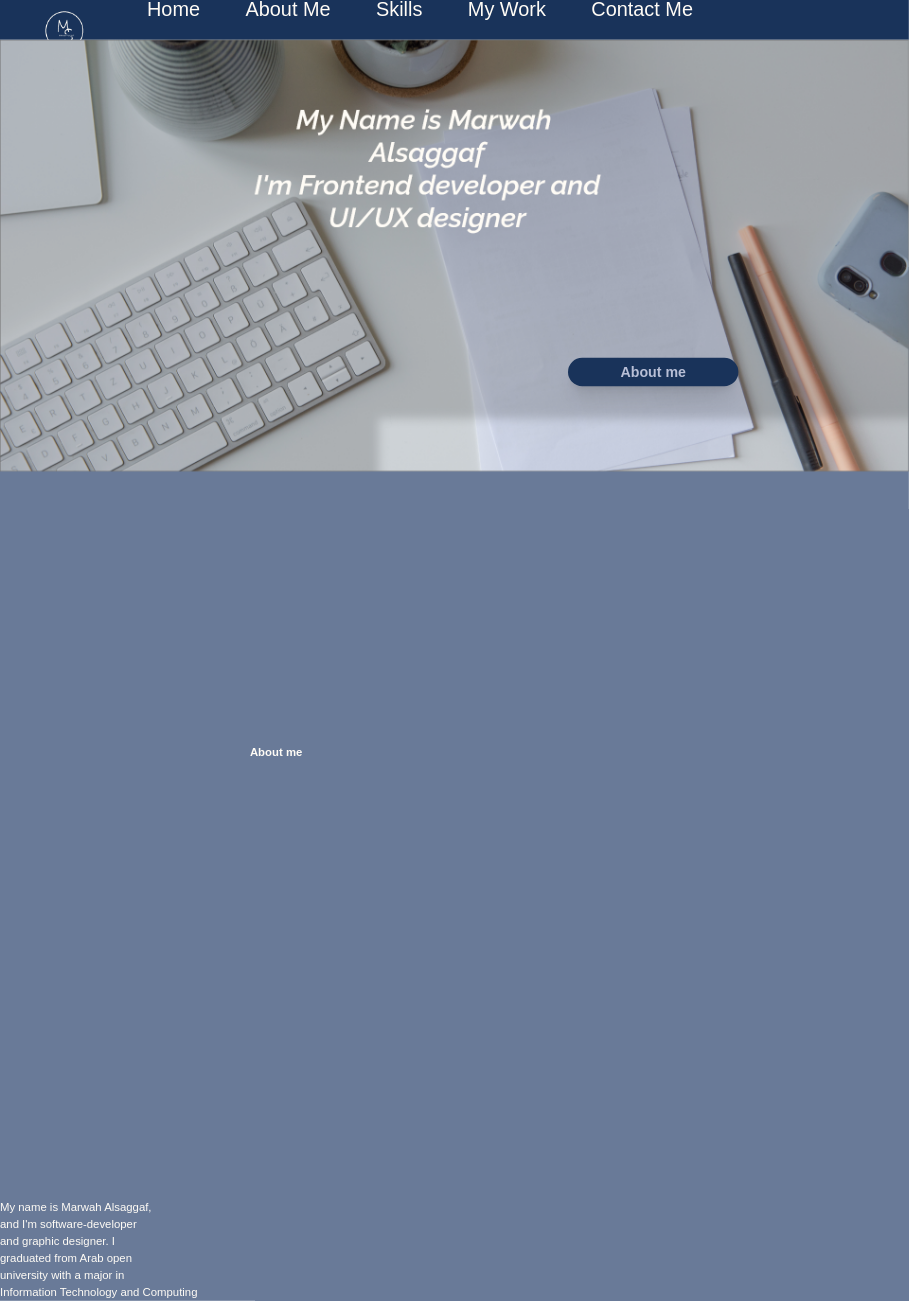
Repository: MEROO1010/my_portfolio
Page: /
An editor plug-in stored every save of this project. The page is shown before and after the next save, followed by the edit.
The browser window is 1280 px wide. The pictures show the whole page, at 71% of full size.
The project was rebuilt for these pictures with package versions that can differ from the ones it lists, and the page was loaded fresh each time. The framework's server and built-in components were replaced by stand-ins that run in the browser. Also part of the build but not shown: next.config.js.

Above is the page before, as saved 2023-03-10 02:25:59.

### pages/_app.tsx
import '../styles/globals.css'
import type { AppProps } from 'next/app'
import 'tailwindcss/tailwind.css'


function MyApp({ Component, pageProps }: AppProps) {
  return <Component {...pageProps} />
}

export default MyApp

### pages/index.tsx
import type { NextPage } from 'next'
import AboutMe from './components/AboutMe'
import HomePage from './components/HomePage'

const Home: NextPage = () => {
  return (
    <div>
      <HomePage/>
      <AboutMe/>
    </div>
  )
}

export default Home

### styles/globals.css
@tailwind base;
@tailwind components;
@tailwind utilities;
@import url('https://fonts.googleapis.com/css2?family=Raleway:ital,wght@0,400;0,500;0,600;0,700;1,500;1,600&display=swap')

### pages/components/AboutMe.tsx
import React from 'react'
import Image from 'next/image'


const AboutMe = () => {
  return (
    <div className="bg-[#697A98]  ">

        <div className=" relative px-80 py-80 my-80 mx-80 left-80 top-80">
        <Image src="/assets/images/laptop-screen.png" alt="laptop" width={542} height={542}/>
        </div>


        <div className="text-[#FFFCF6] ">
            <h1 className=" relative py-8 my-60  px-40 mx-60 bottom-80 right-12 font-raleway font-bold ">About me</h1>
            <br/>
            <p className='font-raleway font-italic'>
            My name is Marwah Alsaggaf,<br/> and I'm software-developer <br/>
            and graphic designer. I <br/>
            graduated from Arab open <br/> university with a major in
             <br/> Information Technology and Computing
            </p>
        </div>

    </div>
  )
}

export default AboutMe

### pages/components/HomePage.tsx
import React from 'react'
import Image from 'next/image'


const HomePage = () => {
  return (
    <div className='bg-slate-700'>
        <Image src="/header.png" alt="Header" width={2000} height={0}/>

        <div className='mx-16 my-0 top-4  absolute	  '>
        <Image src="/my_logo_white.png" alt="My Logo" width={54} height={0}/>
        </div>

        <div>
          <ul className=' relative   float-right flex flex-col  px-8 mx-40 right-28   bottom-16   space-x-16 md:flex-row text-[#FFFCF6] text-[28px] font-raleway'>
            <li>Home</li>
            <li>About Me</li>
            <li>Skills</li>
            <li>My Work</li>
            <li>Contact Me</li>
          </ul>
        </div>


       <div className=' absolute   py-0'>
       <Image src="/assets/images/MainPage.png" alt="main image" width={1920} height={912}/>
        {/*add About Me button*/}
       <div className='absolute px-60 my-80 mx-60 left-80 top-32 '>
       <button className='bg-[#19335A] rounded-3xl w-60 h-10  text-[20px] text-[#B8BFD6] font-raleway font-semibold shadow-xl' >About me</button>
       </div>

        {/*add my others accounts list*/}

        <div>
          <ul className=' absolute   float-right flex flex-col top-80 py-60 px-80 mx-80 left-32   space-x-8 md:flex-row '>
            <li><a href='https://github.com/MEROO1010'><Image src="/assets/images/github.png" alt="main image" width={54} height={54}/></a></li>
            <li><a href='https://www.instagram.com/meroo_alsaggaf/'><Image src="/assets/images/instagram.png" alt="main image" width={64} height={53}/></a></li>
            <li><a href='https://www.behance.net/merooalsaggaf'><Image src="/assets/images/behance.png" alt="main image" width={54} height={54}/></a></li>
            <li><a href='https://www.linkedin.com/in/marwah-alsaggaf-ba44011b2/'><Image src="/assets/images/linkedIn.png" alt="main image" width={54} height={54}/></a></li>
          </ul>
        </div>
       </div>






    </div>
  )
}

export default HomePage

### tailwind.config.js
/** @type {import('tailwindcss').Config} */
module.exports = {
   purge: ['./pages/**/*.{js,ts,jsx,tsx}', './components/**/*.{js,ts,jsx,tsx}'],
  content: [
    './pages/**/*.{js,ts,jsx,tsx}',
    './components/**/*.{js,ts,jsx,tsx}',
    './app/**/*.{js,ts,jsx,tsx}',
  ],
  theme: {
    extend:
    {
      fontFamily: {
        'raleway': ['Raleway', 'sans-serif']
      },
    },
  },
  plugins: [],
}

After the next save:
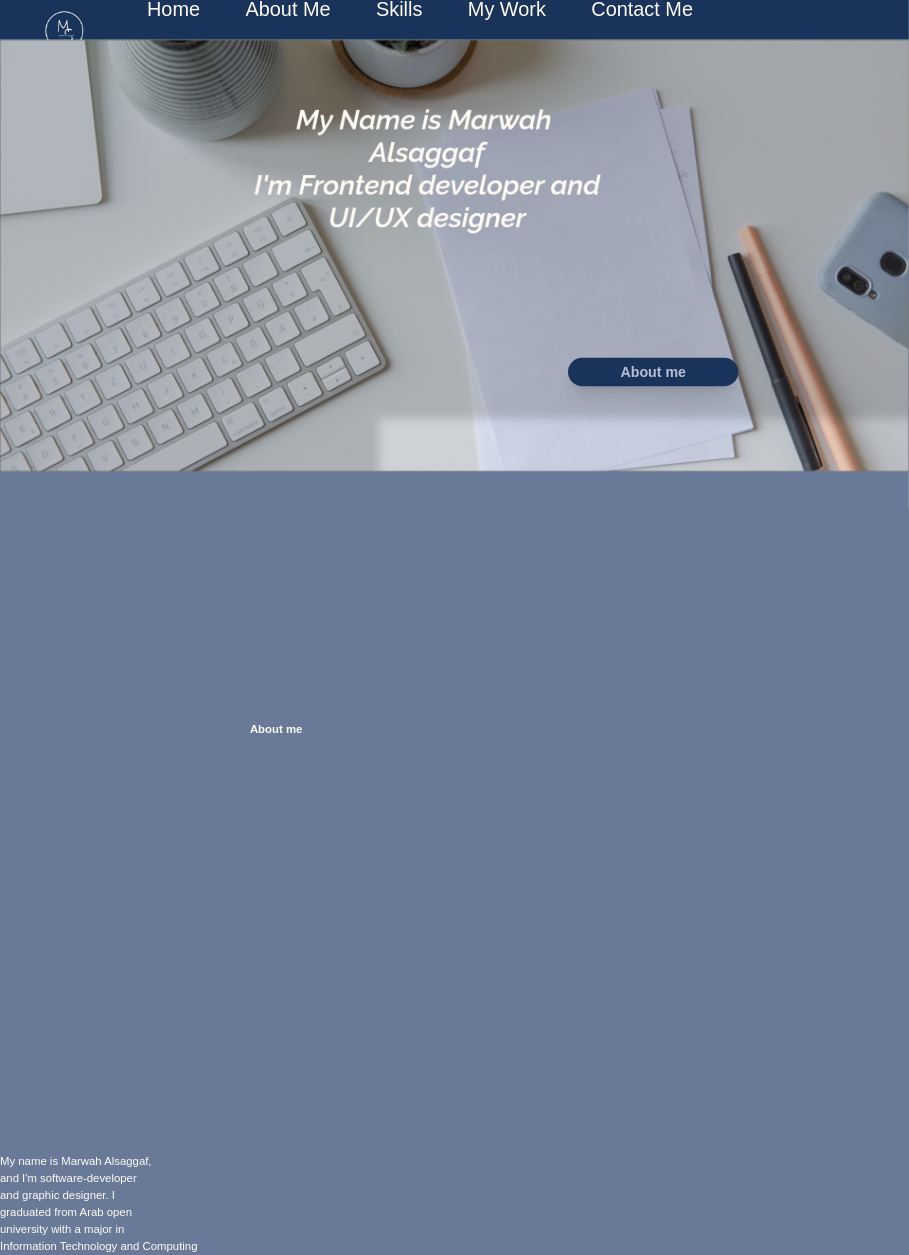
Saved 7 s later.
--- a/pages/components/AboutMe.tsx
+++ b/pages/components/AboutMe.tsx
@@ -12,7 +12,7 @@ const AboutMe = () => {
 
 
         <div className="text-[#FFFCF6] ">
-            <h1 className=" relative py-8 my-60  px-40 mx-60 bottom-80 right-12 font-raleway font-bold ">About me</h1>
+            <h1 className=" relative py-18 my-60  px-40 mx-60 bottom-80 right-12 font-raleway font-bold ">About me</h1>
             <br/>
             <p className='font-raleway font-italic'>
             My name is Marwah Alsaggaf,<br/> and I'm software-developer <br/>
